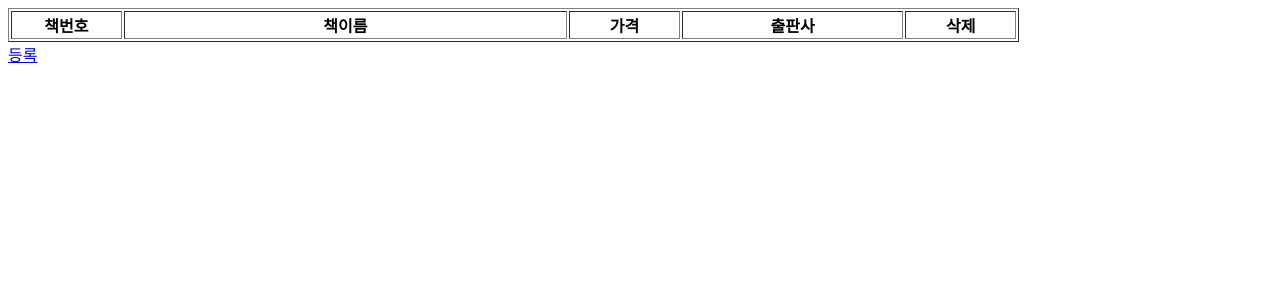
Repository: beom324/jsp-servlet
Page: http://localhost/day1228/listBook.do
The author's editor kept a copy of each file at every save. The page is drawn from the files as they stood at one save, then again after the next save.
The browser window is 1280 px wide. The pictures show the whole page.
The page is served by Tomcat 9.

Above is the page before, as saved 2023-12-28 07:43:10.

After the next save:
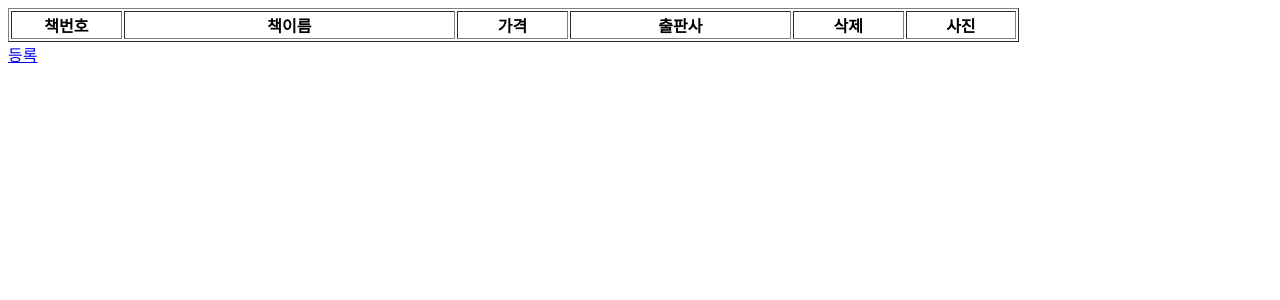
Saved 3 min 25 s later.
--- a/day1228/src/main/webapp/listBook.jsp
+++ b/day1228/src/main/webapp/listBook.jsp
@@ -13,10 +13,11 @@
 
 	<tr>
 		<th width="10%">책번호</th>
-		<th width="40%">책이름</th>
+		<th width="30%">책이름</th>
 		<th width="10%">가격</th>
 		<th width="20%">출판사</th>
 		<th width="10%">삭제</th>
+		<th width ="10%">사진</th>
 	</tr>
 	<c:forEach var="list" items="${list}" >
 	<tr>
@@ -25,6 +26,7 @@
 		<td>${list.price}</td>
 		<td>${list.publisher}</td>
 		<td><a href="deleteBook.do?bookid=${list.bookid}">삭제</a></td>
+		<td><img src=${list.fname}></td>
 	</tr>
 	</c:forEach>
 </table>
